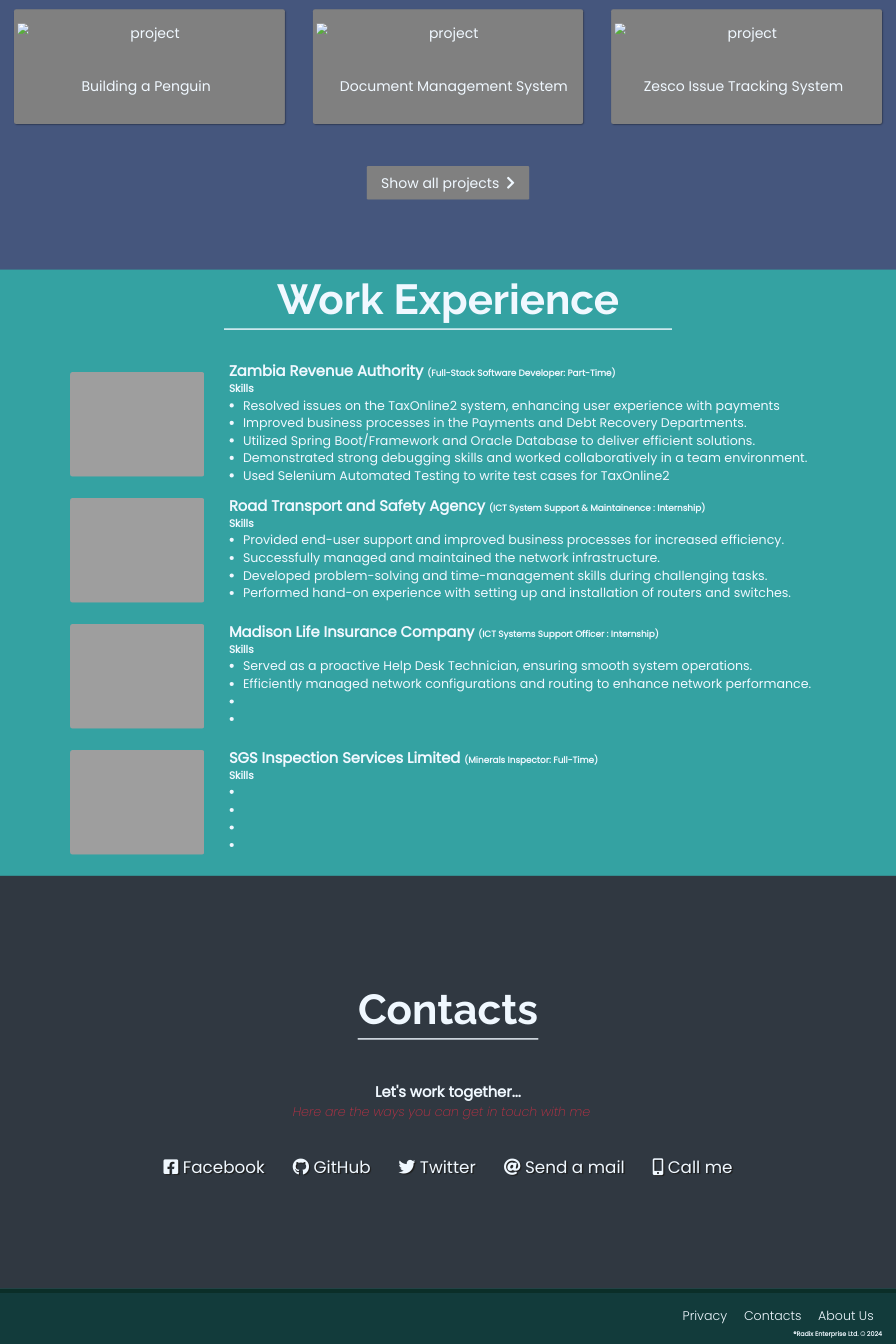
Repository: Lungdjos/personal_portifolio
Page: html/index.html
These files come from the project's save history. The page is drawn as it stood at one moment and after a run of saves; the edit follows.
The browser window is 1280 px wide. The pictures show the part of the page from y = 1213 to 3133 px (the page is 3144 px tall), at 70% of full size.
Pictures or frames that could not be fetched are drawn as grey boxes. Some web libraries are served in a nearby version.

Above is the page before, as saved 2024-02-04 02:32:00.

After the next 2 saves:
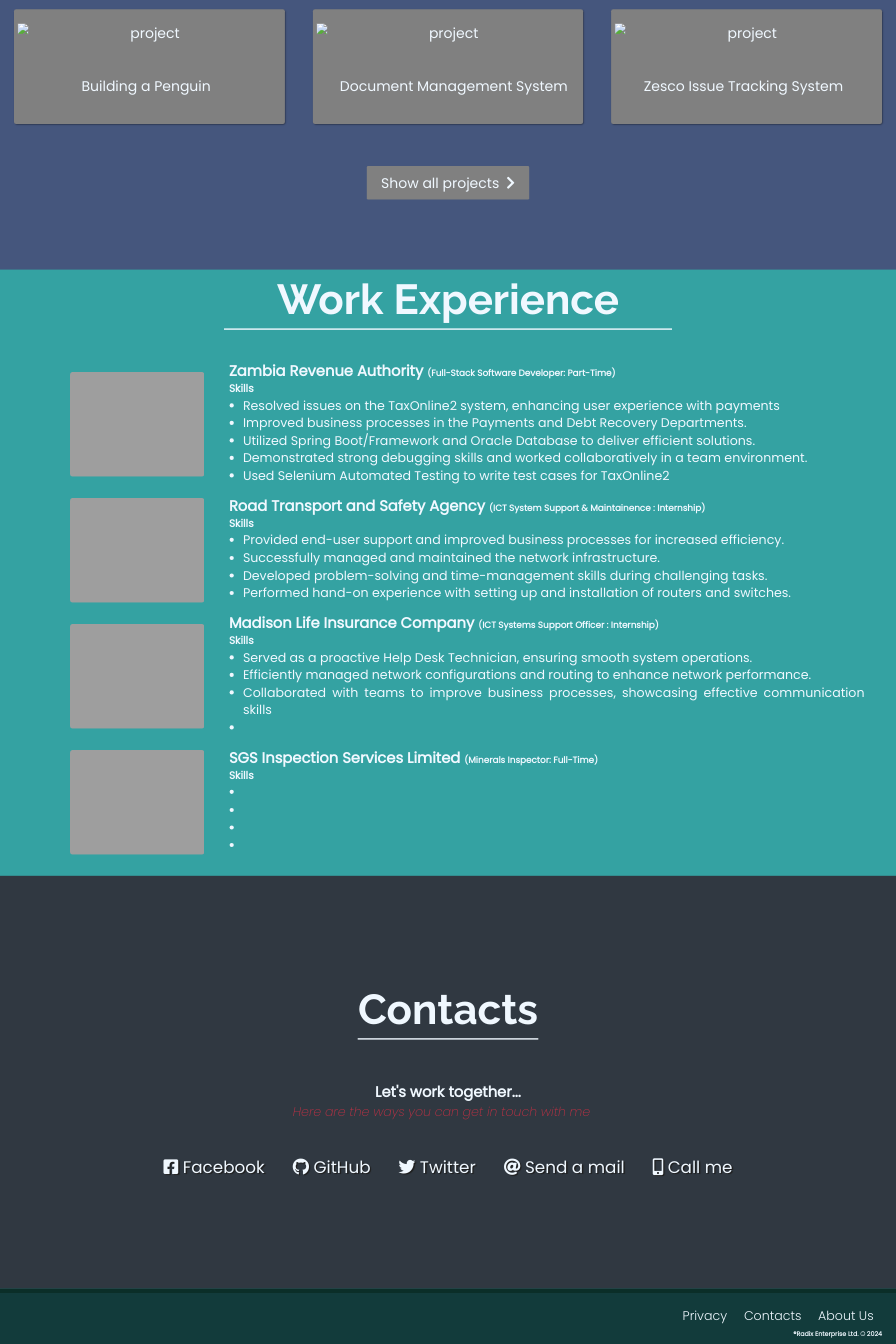
The 2 saves are shown as one change because they came seconds apart.
The last was saved 14 s later.
--- a/html/index.html
+++ b/html/index.html
@@ -137,7 +137,7 @@
                         <ul>
                             <li>Served as a proactive Help Desk Technician, ensuring smooth system operations.</li>
                             <li>Efficiently managed network configurations and routing to enhance network performance.</li>
-                            <li></li>
+                            <li>Collaborated with teams to improve business processes, showcasing effective communication skills</li>
                             <li></li>
                         </ul>
                     </p>
